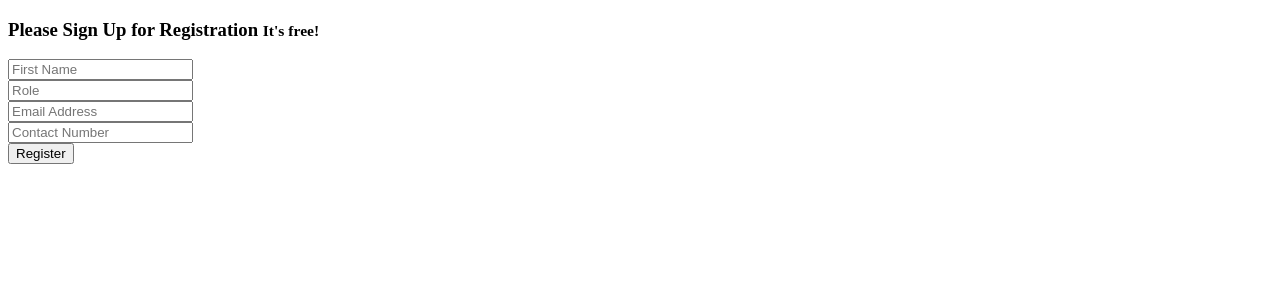
Repository: Abinayasivapraba/ChatProject
Page: FireChat/WebContent/User/Register.html
These files come from the project's save history. The page is drawn as it stood at one moment and after the next save; the edit follows.
The browser window is 1280 px wide. The pictures show the whole page.

Above is the page before, as saved 2017-08-12 05:13:57.

### FireChat/WebContent/User/Register.html
 <!DOCTYPE html>
<html>
<head>
<meta charset="ISO-8859-1">
<title>ChatApp</title>
</head>
<body ng-controller="UserController as ctrl">
<div class="container">
        <div class="row centered-form">
        <div class="col-xs-12 col-sm-8 col-md-4 col-sm-offset-2 col-md-offset-4">
        	<div class="panel panel-default">
        		<div class="panel-heading">
			    		<h3 class="panel-title">Please Sign Up for Registration <small>It's free!</small></h3>
			 			</div>
			 			<div class="panel-body">
			    		<form role="form">
			    			<div class="row">
			    				<div class="col-xs-6 col-sm-6 col-md-6">
			    					<div class="form-group">
			                <input type="text" name="first_name" id="first_name" class="form-control input-sm" placeholder="First Name">
			    					</div>
			    				</div>
			    				<div class="col-xs-6 col-sm-6 col-md-6">
			    					<div class="form-group">
			    						<input type="text" name="role" id="role" class="form-control input-sm" placeholder="Role">
			    					</div>
			    				</div>
			    			</div>

			    			<div class="form-group">
			    				<input type="email" name="email" id="email" class="form-control input-sm" placeholder="Email Address">
			    			</div>

			    			<div class="form-group">
			    				<input type="text" name="contact" id="contact" class="form-control input-sm" placeholder="Contact Number">
			    			</div>



			    			<input type="submit" value="Register" class="btn btn-info btn-block">

			    		</form>
			    	</div>
	    		</div>
    		</div>
    	</div>
    </div>
</body>
</html>

After the next save:
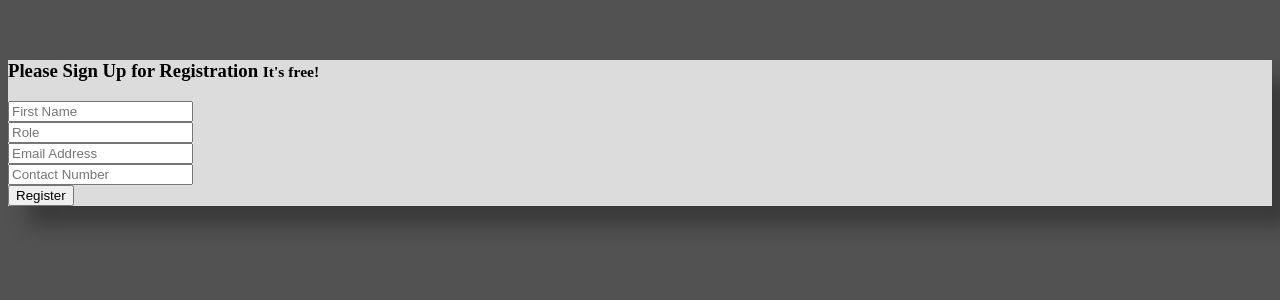
Saved 56 s later.
--- a/FireChat/WebContent/User/Register.html
+++ b/FireChat/WebContent/User/Register.html
@@ -3,6 +3,19 @@
 <head>
 <meta charset="ISO-8859-1">
 <title>ChatApp</title>
+<style>
+body{
+    background-color: #525252;
+}
+.centered-form{
+	margin-top: 60px;
+}
+
+.centered-form .panel{
+	background: rgba(255, 255, 255, 0.8);
+	box-shadow: rgba(0, 0, 0, 0.3) 20px 20px 20px;
+}
+</style>
 </head>
 <body ng-controller="UserController as ctrl">
 <div class="container">
